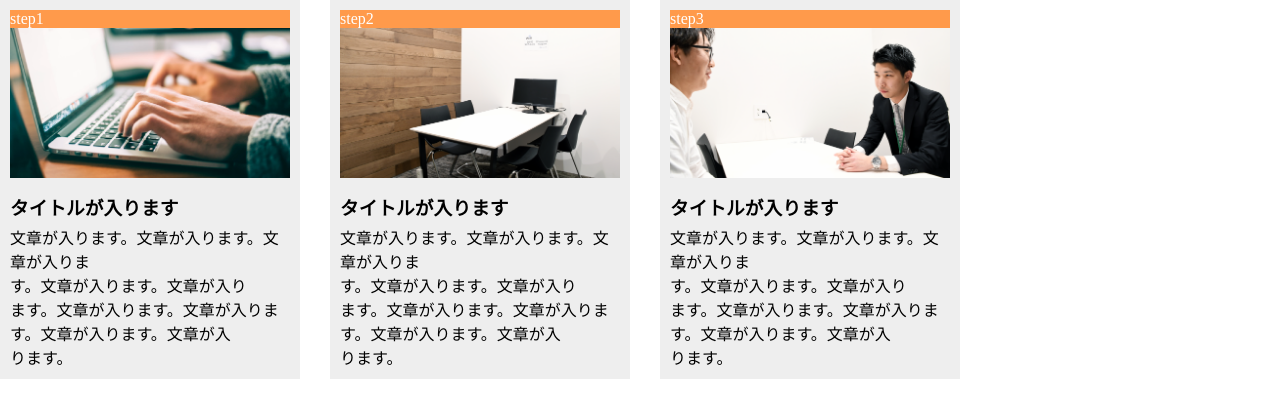
Repository: ryosei-110/HTML-CSS-
Page: 1-9exercise/1-9-2.html
The author's editor kept a record of every edit. The page is drawn from the files as they stood at one moment, then again after the next edit.
The browser window is 1280 px wide. The pictures show the whole page.

Above is the page before.

After the next edit:
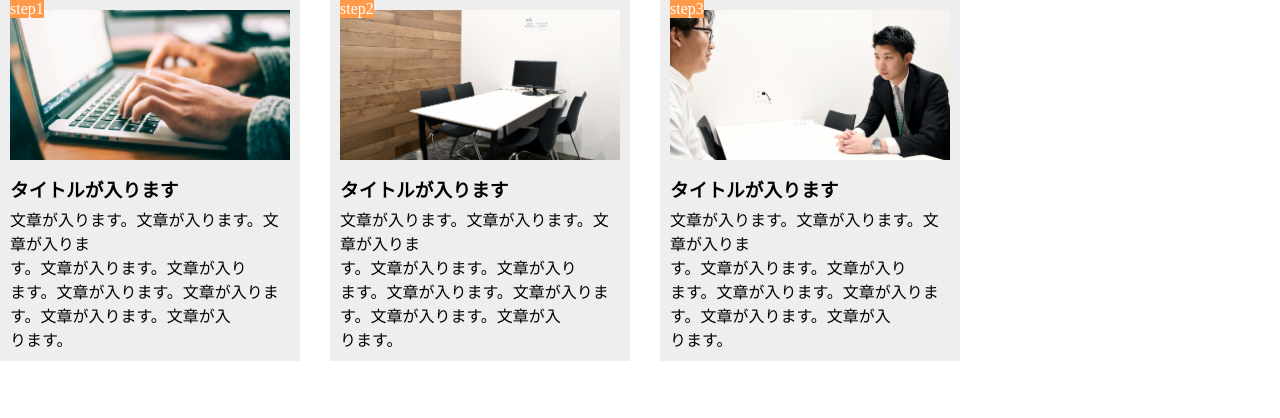
The edit:
--- a/1-9exercise/1-9-2.css
+++ b/1-9exercise/1-9-2.css
@@ -74,3 +74,11 @@
 p {
   margin-top: 5px;
 }
+
+.box-text {
+  position: absolute;
+  top: 0;
+  left 0;
+  background-color: #ff9a4b;
+  color: white;
+}
